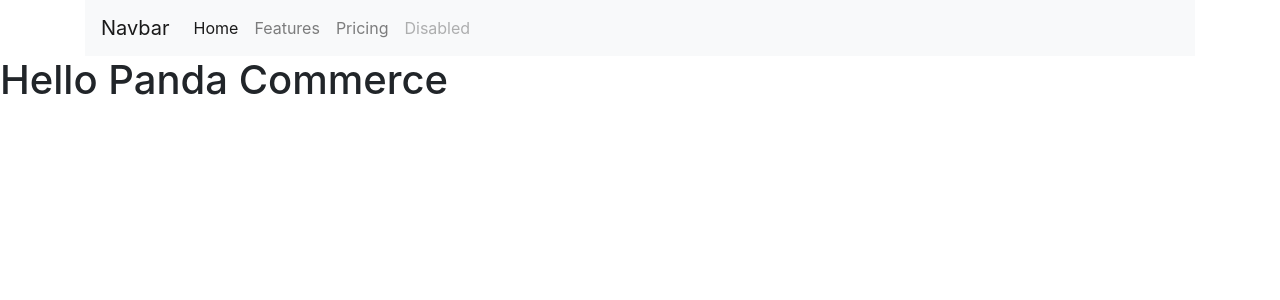
Repository: mohsinfarabi/panda-commerce
Page: index.html
The author's editor kept a copy of each file at every save. The page is drawn from the files as they stood at one save, then again after the next save.
The browser window is 1280 px wide. The pictures show the whole page.

Above is the page before, as saved 2020-07-07 02:01:45.

### index.html
<!DOCTYPE html>
<html lang="en">

<head>
    <meta charset="UTF-8">
    <meta name="viewport" content="width=device-width, initial-scale=1.0">
    <title>Panda Commerce</title>
    <link rel="stylesheet" href="css/bootstrap/css/bootstrap.min.css">
    <link rel="stylesheet" href="style.css">
</head>

<body>
    <div class="container">
        <nav class="navbar navbar-expand-lg navbar-light bg-light">
            <a class="navbar-brand" href="#">Navbar</a>
            <button class="navbar-toggler" type="button" data-toggle="collapse" data-target="#navbarNav" aria-controls="navbarNav" aria-expanded="false" aria-label="Toggle navigation">
              <span class="navbar-toggler-icon"></span>
            </button>
            <div class="collapse navbar-collapse" id="navbarNav">
                <ul class="navbar-nav">
                    <li class="nav-item active">
                        <a class="nav-link" href="#">Home <span class="sr-only">(current)</span></a>
                    </li>
                    <li class="nav-item">
                        <a class="nav-link" href="#">Features</a>
                    </li>
                    <li class="nav-item">
                        <a class="nav-link" href="#">Pricing</a>
                    </li>
                    <li class="nav-item">
                        <a class="nav-link disabled" href="#" tabindex="-1" aria-disabled="true">Disabled</a>
                    </li>
                </ul>
            </div>
        </nav>
    </div>
    <h1>Hello Panda Commerce</h1>

    <script src="https://code.jquery.com/jquery-3.5.1.slim.min.js" integrity="sha384-DfXdz2htPH0lsSSs5nCTpuj/zy4C+OGpamoFVy38MVBnE+IbbVYUew+OrCXaRkfj" crossorigin="anonymous"></script>
    <script src="https://cdn.jsdelivr.net/npm/popper.js@1.16.0/dist/umd/popper.min.js" integrity="sha384-Q6E9RHvbIyZFJoft+2mJbHaEWldlvI9IOYy5n3zV9zzTtmI3UksdQRVvoxMfooAo" crossorigin="anonymous"></script>
    <script src="https://stackpath.bootstrapcdn.com/bootstrap/4.5.0/js/bootstrap.min.js" integrity="sha384-OgVRvuATP1z7JjHLkuOU7Xw704+h835Lr+6QL9UvYjZE3Ipu6Tp75j7Bh/kR0JKI" crossorigin="anonymous"></script>
</body>

</html>

Loaded but not shown: css/bootstrap/css/bootstrap.min.css (library); style.css (no stored copy; drawn as an empty file)

After the next save:
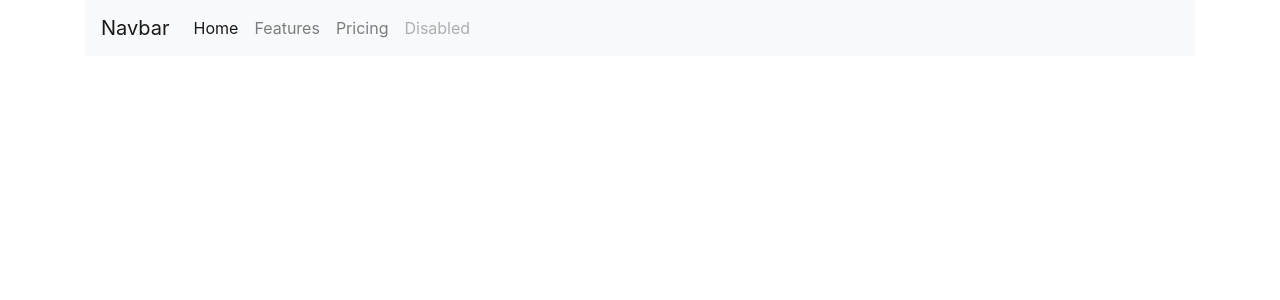
Saved 31 s later.
--- a/index.html
+++ b/index.html
@@ -34,7 +34,6 @@
             </div>
         </nav>
     </div>
-    <h1>Hello Panda Commerce</h1>
 
     <script src="https://code.jquery.com/jquery-3.5.1.slim.min.js" integrity="sha384-DfXdz2htPH0lsSSs5nCTpuj/zy4C+OGpamoFVy38MVBnE+IbbVYUew+OrCXaRkfj" crossorigin="anonymous"></script>
     <script src="https://cdn.jsdelivr.net/npm/popper.js@1.16.0/dist/umd/popper.min.js" integrity="sha384-Q6E9RHvbIyZFJoft+2mJbHaEWldlvI9IOYy5n3zV9zzTtmI3UksdQRVvoxMfooAo" crossorigin="anonymous"></script>
